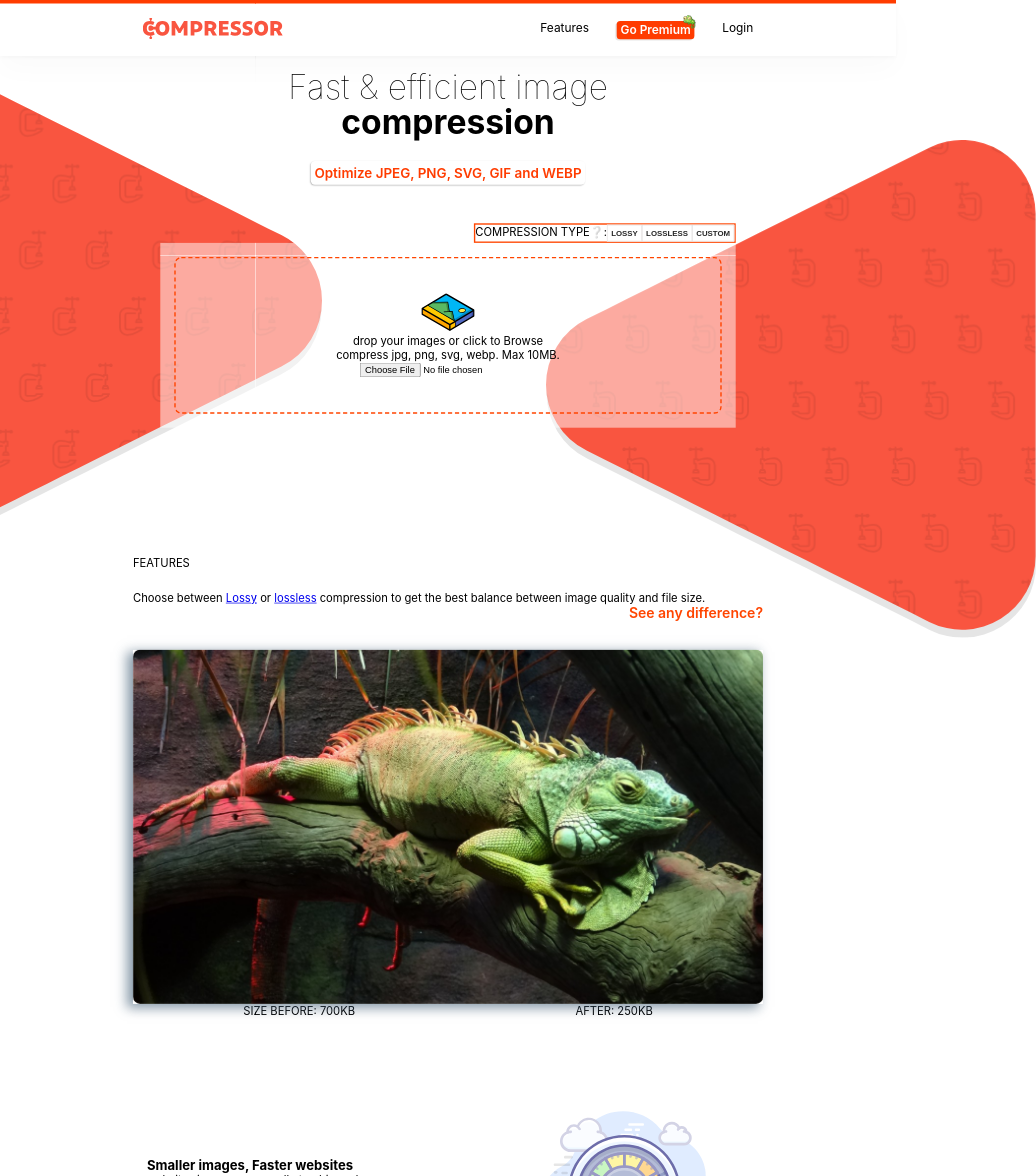
Repository: akindbest/compressor-clone
Page: Compressor project/compressor.html
An editor plug-in stored every save of this project. The page is shown before and after the next save, followed by the edit.
The browser window is 1280 px wide. The page is 1480 px wide, so the pictures cover 1480 px, including what lies to the right of the window. The pictures show the part of the page from y = 0 to 1680 px (the page is 2511 px tall before and 2507 px after), at 70% of full size.

Above is the page before, as saved 2025-10-02 11:13:43.

### Compressor project/compressor.html
<!DOCTYPE html>
<html lang="en">
  <head>
    <meta charset="UTF-8" />
    <meta name="viewport" content="width=device-width, initial-scale=1.0" />
    <title>Compressor</title>
    <link rel="stylesheet" href="compressor.css" />
  </head>

  <body>
    <nav class="navbar">
      <div class="compressor-logo">
        <img src="./images/logo-compressor.515dc901.svg" alt="" width="200px" />
      </div>
      <ul class="nav-links">
        <li><a href="#">Features</a></li>
        <li>
          <a href="#">Go Premium</a>
          <img src="./images/logo.svg" alt="small cal" width="20px" />
        </li>
        <li><a href="#">Login</a></li>
      </ul>
    </nav>

    <main>
      <div class="writeup">
        <span>Fast & efficient image</span>
        <span>compression</span>
      </div>
      <div class="list">
        <span>Optimize JPEG, PNG, SVG, GIF and WEBP</span>
      </div>
      <span id="left-img">
        <img src="./images/svg-gobbler.svg" alt="" />
      </span>
      <span id="right-img">
        <img src="./images/svg-gobbler.svg" alt="" />
      </span>
      <div class="compression-type">
        <div class="com-btn">
          <!-- <div class="change"> -->
          <span>compression type❔:</span>
          <button class="first" type="button">lossy</button>
          <button type="button">lossless</button>
          <button type="button">custom</button>
          <!-- </div> -->
        </div>
        <div class="gallery">
          <div class="content">
            <span class="content-info">
              <img src="./images/image-upload.svg" alt="" />
              <p>drop your images or click to Browse</p>
              <p>compress jpg, png, svg, webp. Max 10MB.</p>
              <div>
                <input type="file" />
              </div>
            </span>
          </div>
        </div>
      </div>
    </main>
    <section class="feature-d">
      <div class="feature-d1">
        <div class="feat">FEATURES</div>
        <div class="pick">
          Choose between <span><a href="Lossy">Lossy</a> </span>or<span>
            <a href="lossless">lossless</a> </span
          >compression to get the best balance between image quality and file
          size.
        </div>
      </div>
      <div class="img-sect">
        <span class="see-div">See any difference?</span>
        <span class="animal-pic">
          <img src="./images/after.jpg" alt="" />
        </span>
      </div>
      <div class="about-size">
        <div>
          <p>SIZE BEFORE: 700KB</p>
        </div>
        <div>
          <p>AFTER: 250KB</p>
        </div>
      </div>
    </section>
    <div class="time">
      <div class="about-img">
        <h3><b>Smaller</b> images, <b>Faster</b> websites</h3>
        <p>
          websites images are usually too big and unoptimized for web purposes.
          It is easy to save a few megabytes by compressing your assests without
          noticing any loss in quality.
        </p>
      </div>
      <div>
        <img src="./images/fast-website.svg" alt="" width="80%" />
      </div>
    </div>
    <div class="seo">
      <div>
        <img src="./images/seo-optimized.svg" alt="" width="80%" />
      </div>
      <div>
        <h3>SEO and Lighthouse optimized</h3>
        <p>Compress your image and increase your SEO ranking.</p>
        <p>
          Get a higher Lighthouse score and increase your visibility in search
          engines
        </p>
      </div>
    </div>
    <div class="high">
      <div>
        <h3>High quality image compression</h3>
        <p>
          Achieve a huge compressions while keeping the quality of the picture
          intact.
        </p>
        <p>
          Compressor.io can help you reduce drastically the size of your images
          and photos whilst maintaining a high quality with almost no difference
          visible to the eye.
        </p>
      </div>
      <div>
        <img src="./images/high-quality-compression.svg" alt="" width="80%" />
      </div>
    </div>
    <div class="unkown">
      <div>
        <h3>Get Web Compressor Pro</h3>
        <ul>
          <li>Advanced compression settings</li>
          <li>Image resizing</li>
          <li>Automatic file renaming</li>
          <li>and more...</li>
        </ul>
        <a href="#">Subscribe to Pro</a>
      </div>
    </div>
    <div class="last">
      <div>
        <img src="./images/logo-compressor.515dc901.svg" alt="" width="15%" />
      </div>
      <p>&copy;2025 Compressor.io. All rights reserved.</p>
    </div>
    <div class="footer">
      <ul>
        <li><a href="#">Home</a></li>
        <li><a href="#">Features</a></li>
        <li><a href="#">Pricing</a></li>
        <li><a href="#">Privacy</a></li>
        <li><a href="#">T&Cs</a></li>
        <li><a href="#">Contact</a></li>
      </ul>
    </div>
    <script src="compressor.js"></script>
  </body>
</html>

### Compressor project/compressor.css
:root {
  --theme: rgb(255, 60, 0);
}

* {
  margin: 0;
  padding: 0;
  box-sizing: border-box;
}

body {
  margin: 0;
  font-family: -apple-system, BlinkMacSystemFont, "Segoe UI", Roboto, Oxygen,
    Ubuntu, Cantarell, "Open Sans", "Helvetica Neue", sans-serif;
  overflow-x: hidden;
  overflow-y: auto;
}

.navbar {
  display: flex;
  justify-content: space-around;
  align-items: center;
  padding: 20px 20px;
  border-top: 5px solid var(--theme);
  box-shadow: 0 20px 40px 0 rgba(0, 0, 0, 0.02), 0 4px 6px 0 rgba(0, 0, 0, 0.03);
}

.nav-links {
  list-style: none;
  display: flex;
  gap: 40px;
}

.nav-links li a {
  text-decoration: none;
  display: inline-block;
  color: #000;
  font-size: 17px;
}

.nav-links a:hover {
  color: var(--theme);
}

.navbar li:nth-last-of-type(2) {
  position: relative;
}

.navbar li:nth-last-of-type(2) a {
  position: relative;
  background-color: var(--theme);
  padding: 3px 5px;
  color: white;
  border-radius: 5px;
  font-weight: 600;
  box-shadow: -2px 2px 1px #e5e5e5;
}

.navbar li:nth-of-type(2) img {
  position: absolute;
  top: -9px;
  right: -3px;
}

main {
  display: flex;
  flex-direction: column;
  text-align: center;
  /* position: relative; */
  overflow: hidden;
}

.writeup {
  width: -moz-fit-content;
  width: fit-content;
  margin: 20px auto 0;
}

.writeup span {
  font-size: 3rem;
  display: block;
  line-height: 50px;
}

.writeup :nth-child(1) {
  font-size: 3rem;
  font-weight: 100;
}

.writeup :nth-child(2) {
  font-size: 3rem;
  font-weight: 650;
}

.list {
  width: -moz-fit-content;
  width: fit-content;
  font-size: 1.2rem;
  font-weight: 600;
  color: var(--theme);
  margin: 30px auto 0;
  padding: 5px;
  background-color: #fff;
  border-radius: 6px;
  box-shadow: -1px 1px 2px rgba(0, 0, 0, 0.27);
}

#left-img {
  z-index: -2;
  position: absolute;
  left: -15rem;
  width: 700px;
  height: 700px;
}

#right-img {
  z-index: -1;
  position: absolute;
  width: 700px;
  height: 700px;
  right: -200px;
  top: 200px;
  transform: rotateY(180deg);
}

.compression-type {
  margin: 50px auto;
  width: 65%;
  text-transform: uppercase;
  padding: 5px;
}

.com-btn {
  display: flex;
  justify-self: end;
  /* padding: 5px auto; */
  /* float: right; */
  /* font-size: 9.5px; */
  /* font-weight: 700; */
  /* box-shadow: inset 0 2px 4px 0 hsla(0,0%,78%,.4); */
  /* box-shadow: inset 0 0 2px 1px #cccccc; */
  /* background-color: #fff; */
  border: 2px solid orangered;
}

.com-btn button {
  padding: 5px;
  font-size: 0.7rem;
  font-weight: 600;
  color: rgba(0, 0, 0, 0.85);
  background-color: #fff;
  border: 1px solid #e4e1e1;
  cursor: pointer;
  text-transform: uppercase;
  /* border: 2px dashed orangered; */
  /* box-shadow: inset 0 0 2px 1px #cccccc; */
}

.gallery {
  background-color: rgba(255, 255, 255, 0.5);
  padding: 20px;
  /* margin-top: 34px; */
  /* border-radius: 15px; */
}

.content {
  /* background-color: green; */
  border: 2px dashed orangered;
  border-radius: 10px;
  text-align: center;
  text-transform: none;
}

.content-info {
  display: inline-block;
  width: 400px;
  padding: 50px 0;
}

.feature-d {
  display: flex;
  flex-direction: column;
  justify-content: center;
  align-items: center;
  padding-top: 10%;
}

.feature-d > div {
  /* background-color: red; */
  width: 900px;
}

.feature-d1 {
  /* background-color: orange; */
  display: flex;
  flex-direction: column;
  gap: 30px;
}

.img-sect {
  display: flex;
  flex-direction: column;
  justify-content: center;
  align-items: center;
  gap: 40px;
  /* background-color: brown; */
}

.see-div {
  align-self: flex-end;
  font-size: 20px;
  color: orangered;
  font-weight: 600;
}

.animal-pic {
  width: 100%;
  display: flex;
  justify-content: center;
  align-items: center;
  overflow: hidden;
  box-shadow: -7px 5px 15.98px 1.02px rgba(56, 86, 112, 0.6);
  transform: perspective(1000px) rotate(0) scale3d(1, 1, 1);
  transition: transform 0.4s;
}

.animal-pic:hover {
  transform: rotateX(-0.2deg) rotateY(-15.04deg) scale3d(1.03, 1.03, 1.03);
}

.img-sect img {
  width: 100%;
  display: flex;
  justify-content: center;
  align-items: center;
  border-radius: 10px;
}

.about-size {
  /* background-color: red; */
  display: flex;
  justify-content: space-around;
  align-items: center;
}

.time {
  display: flex;
  justify-content: space-evenly;
  align-items: center;
  padding-top: 10%;
}

.about-img {
  /* background-color: green; */
}

.about-img p {
  /* background-color: brown; */
  width: 350px;
}

.seo {
  /* background-color: red; */
  display: flex;
  justify-content: space-evenly;
  align-items: center;
}

.high {
  /* background-color: red; */
  display: flex;
  justify-content: space-evenly;
  align-items: center;
}

.high > div > p {
  /* color: red; */
  width: 400px;
}

.unkown {
  display: flex;
  justify-content: space-around;
  align-items: center;
}

.footer {
  display: flex;
  justify-content: center;
}

.footer ul {
  display: flex;
  list-style: none;
}

Loaded but not shown: Compressor project/compressor.js (no stored copy; drawn as an empty file)

After the next save:
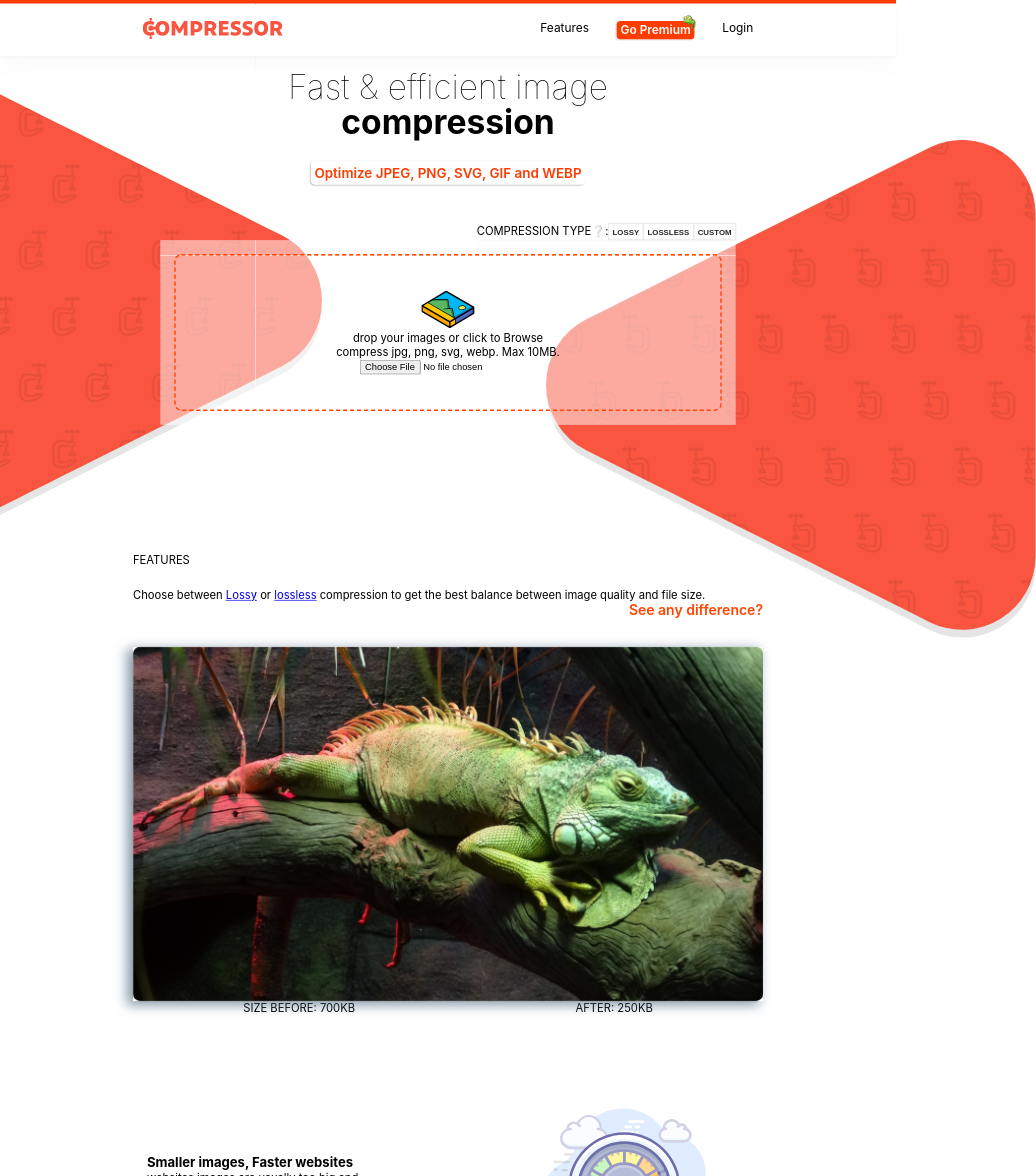
Saved 5 min 7 s later.
--- a/Compressor project/compressor.css
+++ b/Compressor project/compressor.css
@@ -133,6 +133,7 @@ main {
 .com-btn {
   display: flex;
   justify-self: end;
+  box-shadow: 0 2px 5px rgba(0, 0, 0, 0.1);
   /* padding: 5px auto; */
   /* float: right; */
   /* font-size: 9.5px; */
@@ -140,7 +141,7 @@ main {
   /* box-shadow: inset 0 2px 4px 0 hsla(0,0%,78%,.4); */
   /* box-shadow: inset 0 0 2px 1px #cccccc; */
   /* background-color: #fff; */
-  border: 2px solid orangered;
+  /* border: 2px solid orangered; */
 }
 
 .com-btn button {
